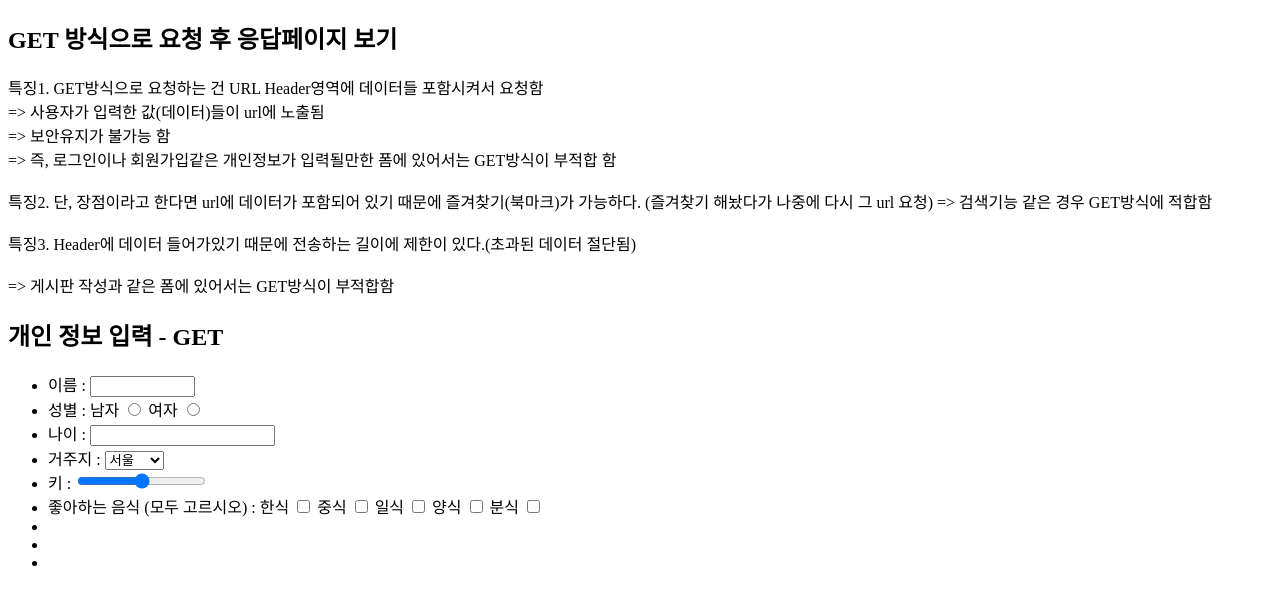
Repository: hyeye1/kh_webserverWorkspace
Page: 1_Servlet/WebContent/Views/requestTest_GET.html
These files come from the project's save history. The page is drawn as it stood at one moment and after the next save; the edit follows.
The browser window is 1280 px wide. The pictures show the whole page.

Above is the page before, as saved 2021-03-25 01:30:00.

### 1_Servlet/WebContent/Views/requestTest_GET.html
<!DOCTYPE html>
<html>
<head>
<meta charset="UTF-8">
<title>Insert title here</title>
</head>
<body>
	<h2>GET 방식으로 요청 후 응답페이지 보기</h2>

	<p>
		특징1. GET방식으로 요청하는 건 URL Header영역에 데이터들 포함시켜서 요청함 <br>
		=> 사용자가 입력한 값(데이터)들이 url에 노출됨 <br>
		=> 보안유지가 불가능 함 <br>
		=> 즉, 로그인이나 회원가입같은 개인정보가 입력될만한 폼에 있어서는 GET방식이 부적합 함 <br><br>

		특징2. 단, 장점이라고 한다면 url에 데이터가 포함되어 있기 때문에 즐겨찾기(북마크)가 가능하다. (즐겨찾기 해놨다가 나중에 다시 그 url 요청)
		=> 검색기능 같은 경우 GET방식에 적합함 <br><br>

		특징3. Header에 데이터 들어가있기 때문에 전송하는 길이에 제한이 있다.(초과된 데이터 절단됨)<br><br>
		=> 게시판 작성과 같은 폼에 있어서는 GET방식이 부적합함
	</p>

	<h2>개인 정보 입력 - GET</h2>

	<!--
		form 내의 submit버튼 클릭시 form 태그 속성 중 action에 작성된 url로 요청됨(제출) => 즉, Controller호출(Servlet을 호출)
	 	즉, 해당 요청을 받아주는 Servlet을 만들고 Servlet에 전달된 데이터를 받아서 처리한 후에 사용자가 보게될 응답페이지를 만들어준다.

	 	Servlet요청 같은 경우 반드시 그 요청값이 contextPath(1_Servlet) 뒤에 작성되어야 함 !

	 	http://localhost:8888/1_Servlet/test1.do

	 	절대경로방식 : /로 시작하는 경우                   localhost:8888   뒤에 action값이 붙어서 완성됨
	 	상대경로방식 : 그냥 바로 문구로 시작하는 경우  -> 현재 이 페이지의 url경로에 마지막 /로 부터 action에 작성된 값이 붙게된다
	 -->

	<form action="test1.do" method="GET">
		<ul>
			<li>이름 : <input type="text" name="name" size="10"></li>
			<li>
				성별 :
				남자 <input type="radio" name="gender" value="M">
				여자 <input type="radio" name="gender" value="F">
			</li>
			<li>나이 : <input type="number" name="age"></li>
			<li>
				거주지 :
				<select name="city">
					<option>서울</option>
					<option>경기도</option>
					<option>강원도</option>
					<option>충청도</option>
					<option>제주도</option>
					<option>경상도</option>
				</select>
			</li>
			<li>키 : <input type="range" name="height" min="140" max="200"></li>
			<li>
				좋아하는 음식 (모두 고르시오) :
				한식 <input type="checkbox" name="food" value="한식">
				중식 <input type="checkbox" name="food" value="중식">
				일식 <input type="checkbox" name="food" value="일식">
				양식 <input type="checkbox" name="food" value="양식">
				분식 <input type="checkbox" name="food" value="분식">
			</li>
			<li></li>
			<li></li>
			<li></li>
		</ul>


	</form>





</body>
</html>

After the next save:
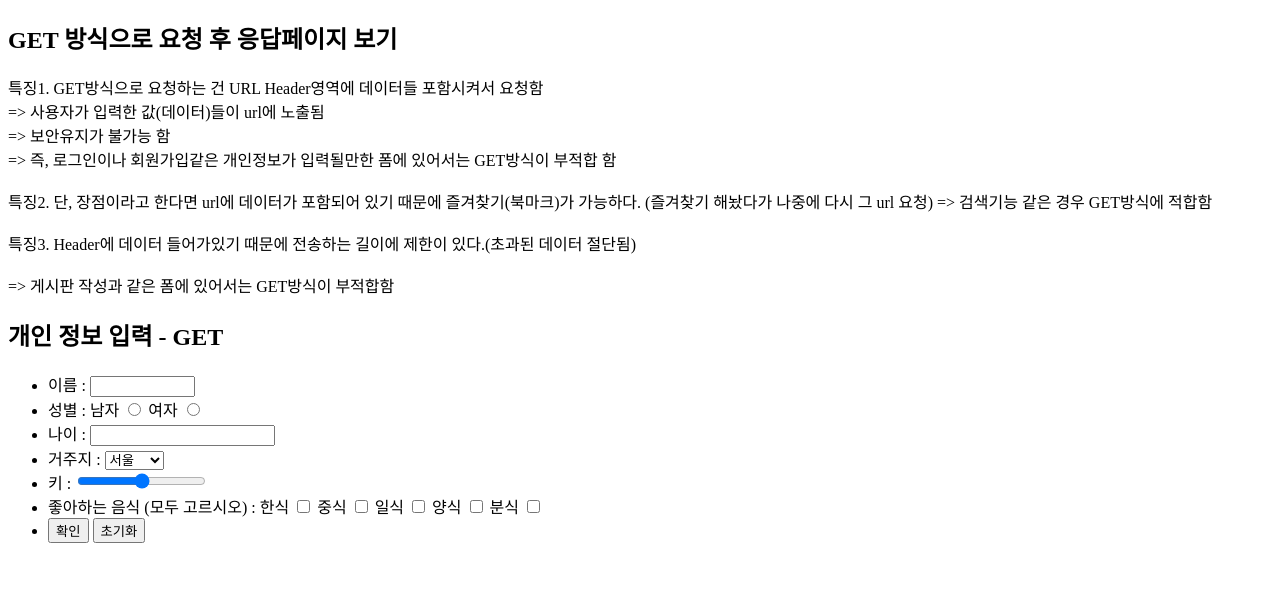
Saved 87 s later.
--- a/1_Servlet/WebContent/Views/requestTest_GET.html
+++ b/1_Servlet/WebContent/Views/requestTest_GET.html
@@ -63,9 +63,11 @@
 				양식 <input type="checkbox" name="food" value="양식">
 				분식 <input type="checkbox" name="food" value="분식">
 			</li>
-			<li></li>
-			<li></li>
-			<li></li>
+			<li>
+				<button type="submit">확인</button>
+				<button type="reset">초기화</button>
+			</li>
+
 		</ul>
 
 
